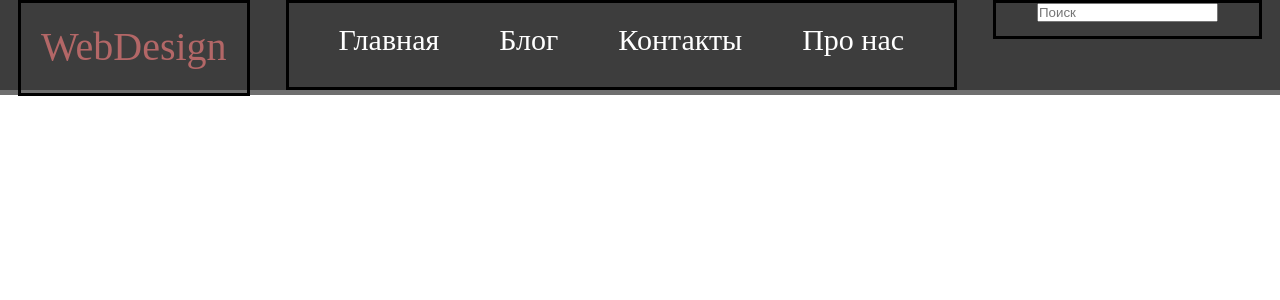
Repository: andbaik/Itprog
Page: index.htm
These files come from the project's save history. The page is drawn as it stood at one moment and after the next save; the edit follows.
The browser window is 1280 px wide. The pictures show the whole page.

Above is the page before, as saved 2021-01-19 16:42:14.

After the next save:
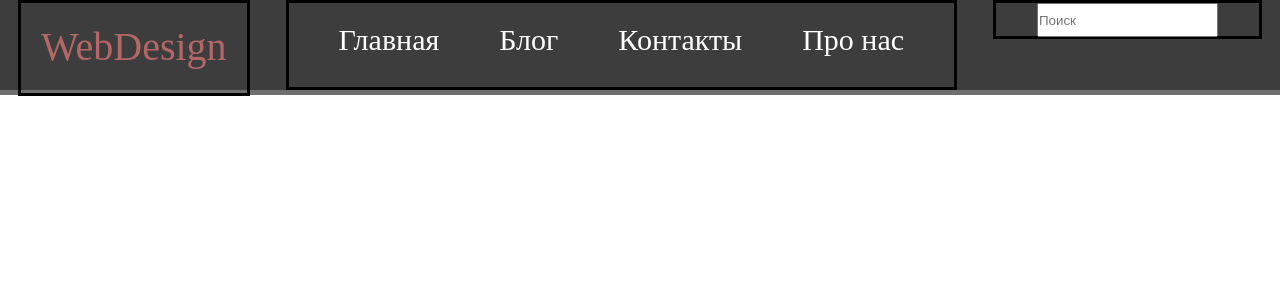
Saved 8 min 37 s later.
--- a/css/style.css
+++ b/css/style.css
@@ -61,7 +61,7 @@ a {
 
 }
 
-.input {
+.serch-button {
     width: 60 px;
     height: 30px;
 }
